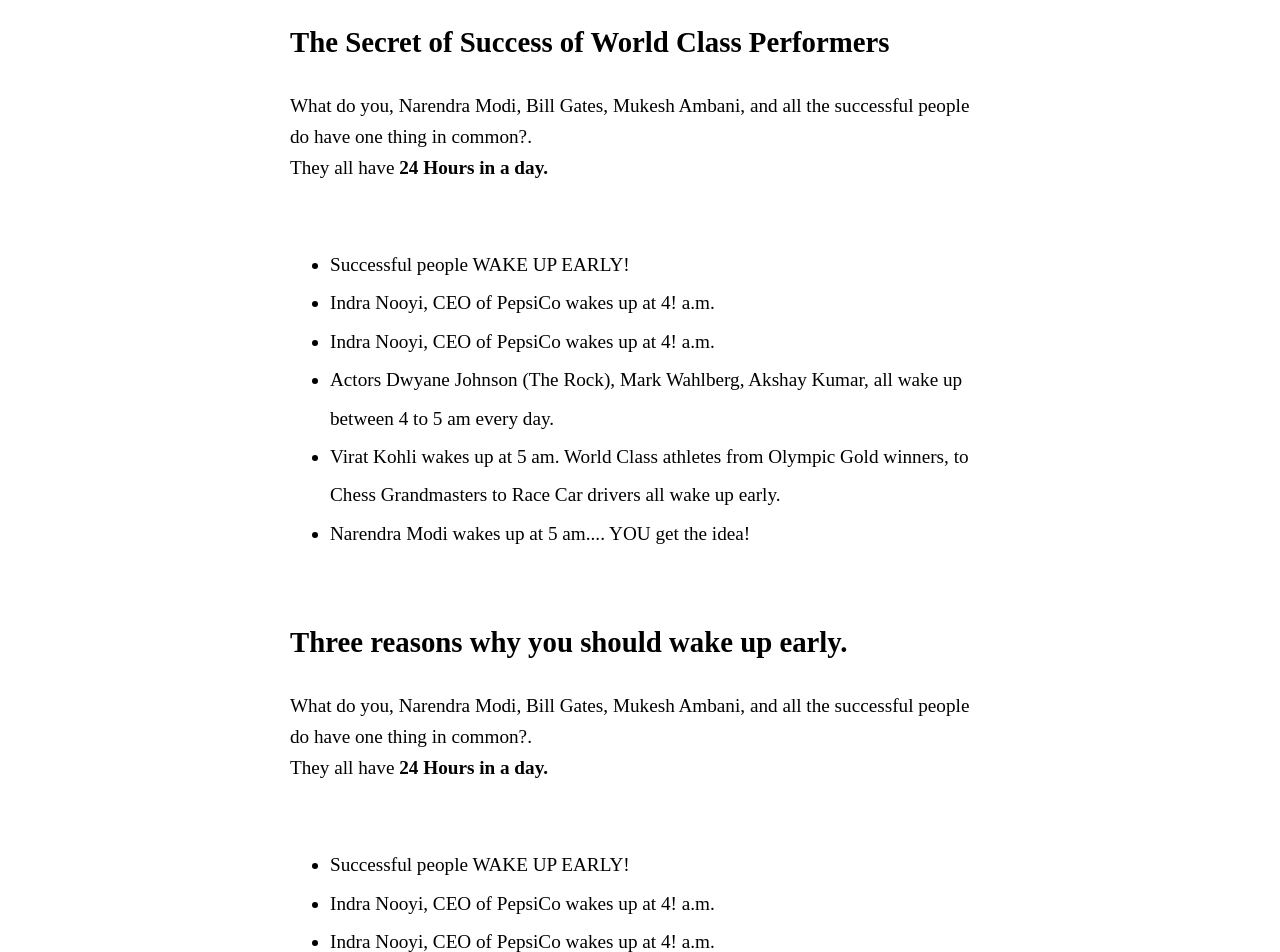
Repository: PuneetP16/Portfolio
Page: Wake Up At 5 AM Every Single Day Like Clockwork.html
An editor plug-in stored every save of this project. The page is shown before and after the next save, followed by the edit.
The browser window is 1280 px wide. The pictures show the part of the page from y = 895 to 1847 px (the page is 4925 px tall).
A picture or video elsewhere on the page could not be fetched, so the positions and the page height are approximate. Some web fonts or font styles are not loaded; a fallback is used.

Above is the page before, as saved 2021-12-10 02:49:46.

After the next save:
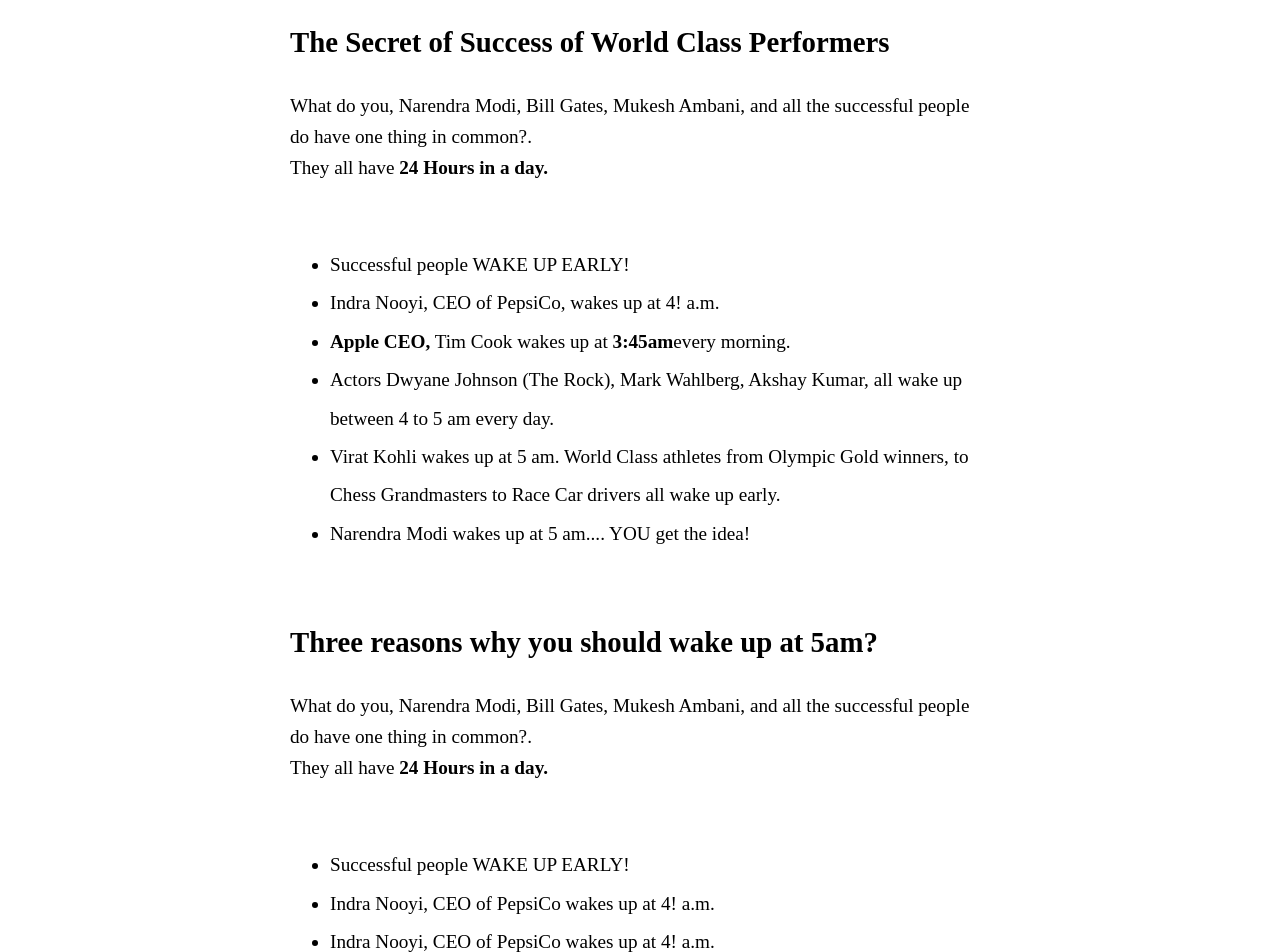
Saved 2 min 37 s later.
--- a/Wake Up At 5 AM Every Single Day Like Clockwork.html
+++ b/Wake Up At 5 AM Every Single Day Like Clockwork.html
@@ -30,15 +30,15 @@
      <br> They all have <strong>24 Hours in a day.</strong><br> <br>
       <ul style="line-height: 2">
         <li>Successful people WAKE UP EARLY!</li>
-        <li>Indra Nooyi, CEO of PepsiCo wakes up at 4! a.m.</li>
-        <li>Indra Nooyi, CEO of PepsiCo wakes up at 4! a.m. </li>
+        <li>Indra Nooyi, CEO of PepsiCo, wakes up at 4! a.m.</li>
+        <li> <strong>Apple CEO,</strong> Tim Cook wakes up at <strong>3:45am</strong>every morning. </li>
          <li>Actors Dwyane Johnson (The Rock), Mark Wahlberg, Akshay Kumar, all wake up between 4 to 5 am every day.</li>
          <li>Virat Kohli wakes up at 5 am. World Class athletes from Olympic Gold winners, to Chess Grandmasters to Race Car drivers all wake up early.</li>
          <li>Narendra Modi wakes up at 5 am.... YOU get the idea!</li>
       </ul>
       <br>
 
-      <h2 class="blog-h2">Three reasons why you should wake up early.</h2>
+      <h2 class="blog-h2">Three reasons why you should wake up at 5am?</h2>
       <p class="blog-paragraph">
         What do you, Narendra Modi, Bill Gates, Mukesh Ambani, and all the successful people do have one thing in common?.
        <br> They all have <strong>24 Hours in a day.</strong><br> <br>
